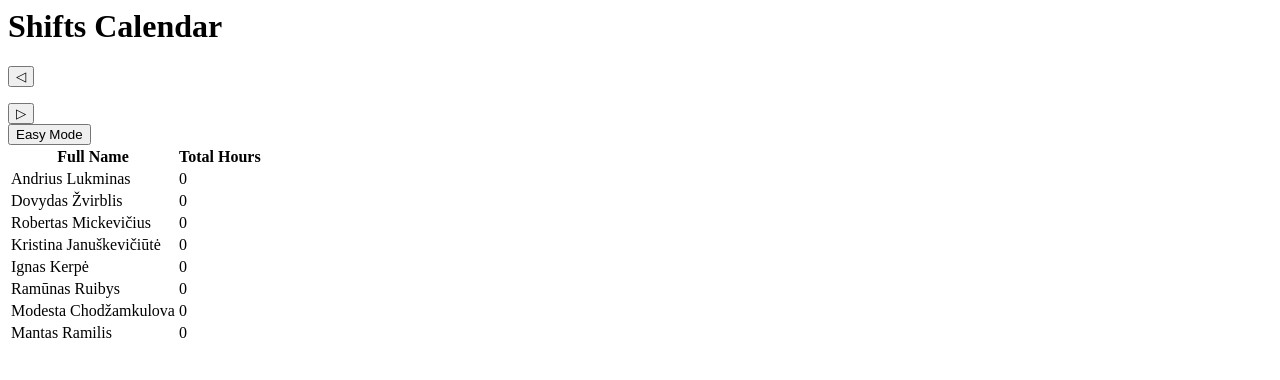
Repository: Daigtas/Shiftman
Page: partials/shifts_calendar.html
The author's editor kept a copy of each file at every save. The page is drawn from the files as they stood at one save, then again after the next save.
The browser window is 1280 px wide. The pictures show the whole page.

Above is the page before, as saved 2025-02-03 23:43:51.
Console error: ReferenceError: $ is not defined

After the next save:
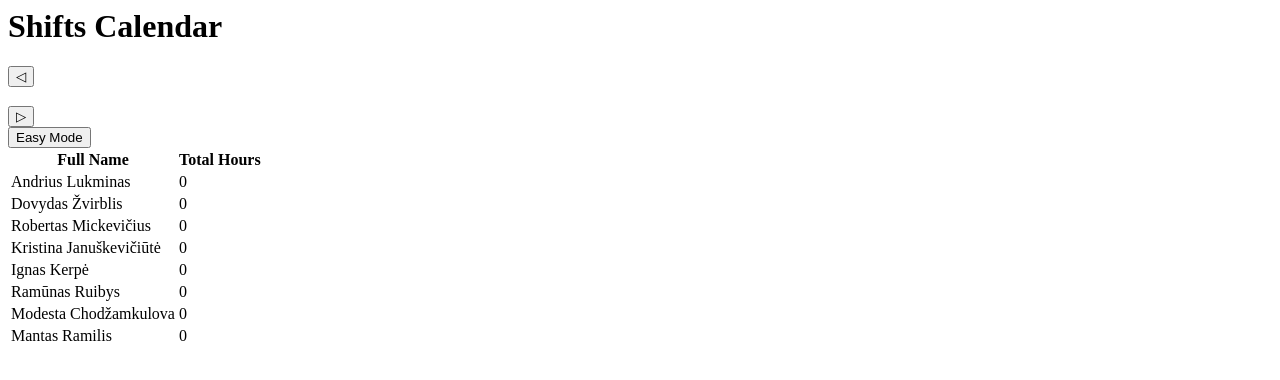
Saved 13 s later.
--- a/partials/shifts_calendar.html
+++ b/partials/shifts_calendar.html
@@ -4,7 +4,7 @@
 
         <button type="button" class="btn btn-outline-primary btn-sm mr-4" id="prevMonth">&#9665;</button>
         <p id="monthName" class="text-center mb-4"></p>
-        <p id="currentMonthYear" class="text-center mb-4"></p>
+        <h3 id="currentMonthYear" class="text-center mb-4"></h3>
         <button type="button" class="btn btn-outline-primary btn-sm ml-4" id="nextMonth">&#9655;</button>
     </div>
     <div class="btn-group ml-2 float-end" role="group">
